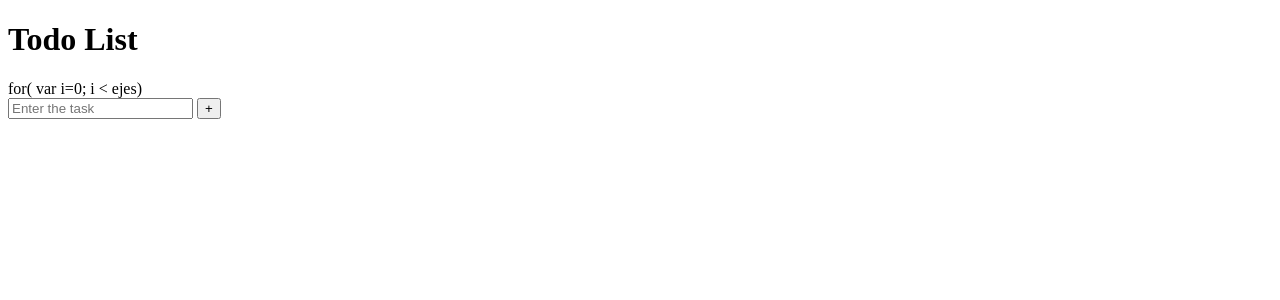
Repository: rupeshkofficial/Todo-List-Ver2
Page: http://localhost/
The author's editor kept a copy of each file at every save. The page is drawn from the files as they stood at one save, then again after the next save.
The browser window is 1280 px wide. The pictures show the whole page.
The page is served by the project's Node server (app.js).

Above is the page before, as saved 2023-02-23 13:24:02.

### views/list.ejs
<!DOCTYPE html>
<html>

<head>
    <title> Todo List</title>
</head>

<body>
    <div class="box">
        <h1>Todo List</h1>
    </div>
    <div class="box">
       for( var i=0; i < ejes)

        <form action="/" , method="POST">
            <input type="text" name="ele1" placeholder="Enter the task">
            <button type="submit">+</button>

        </form>
    </div>
</body>

</html>

### app.js
const express = require("express");
const bodyParser = require("body-parser");

var app = express();
app.set("view engine", "ejs");
app.use(express.urlencoded({ extended: true }));
var items = [];

var example = "working";
app.get("/", function (req, res) {
    res.render("list", { exej: example });
});

app.post("/", function (req, res) {
    var item  = req.body.ele1;
    items.push(item);
    res.redirect("/");

    // console.log(req.body.ele1);
});

app.listen(8000, function () {
    console.log("Server started");
});

After the next save:
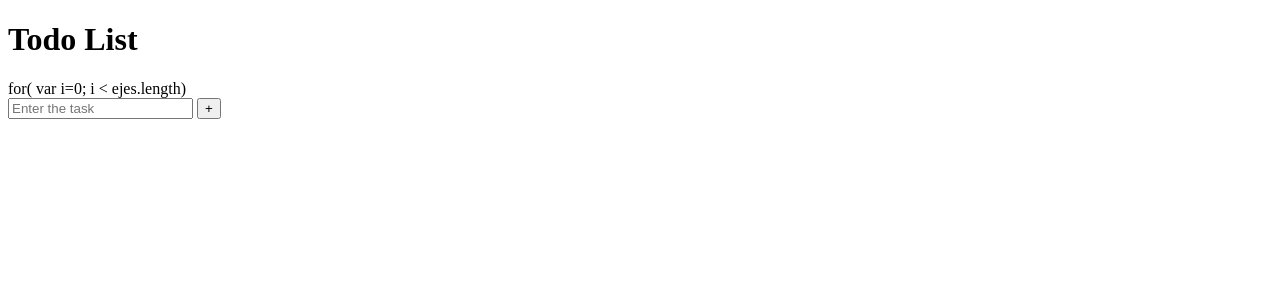
Saved 5 s later.
--- a/views/list.ejs
+++ b/views/list.ejs
@@ -10,7 +10,7 @@
         <h1>Todo List</h1>
     </div>
     <div class="box">
-       for( var i=0; i < ejes)
+       for( var i=0; i < ejes.length)
 
         <form action="/" , method="POST">
             <input type="text" name="ele1" placeholder="Enter the task">
